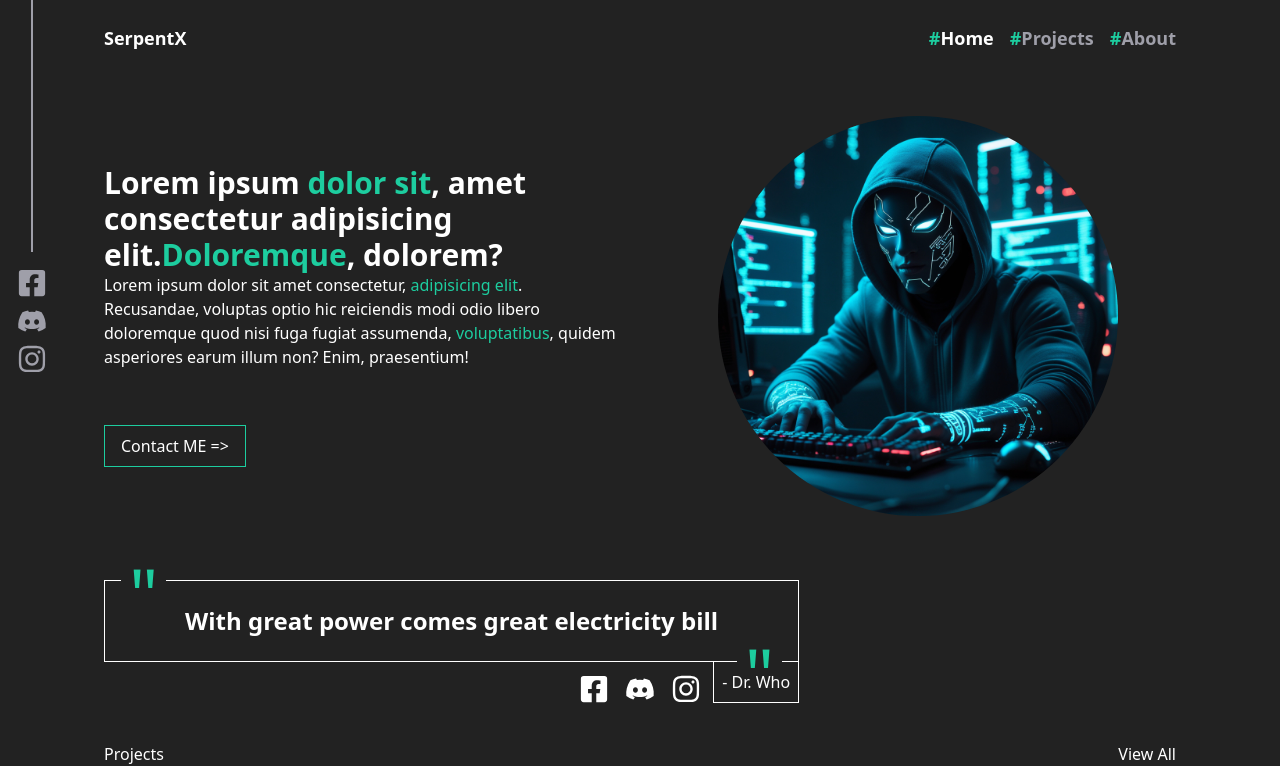
Repository: SERPENTX03/Portfolio-Tutorial
Page: /
An editor plug-in stored every save of this project. The page is shown before and after the next save, followed by the edit.
The browser window is 1280 px wide. The pictures show the whole page.
The project was rebuilt for these pictures with package versions that can differ from the ones it lists, and the page was loaded fresh each time. The framework's server and built-in components were replaced by stand-ins that run in the browser. Also part of the build but not shown: next.config.ts.

Above is the page before, as saved 2025-04-19 21:06:48.

After the next save:
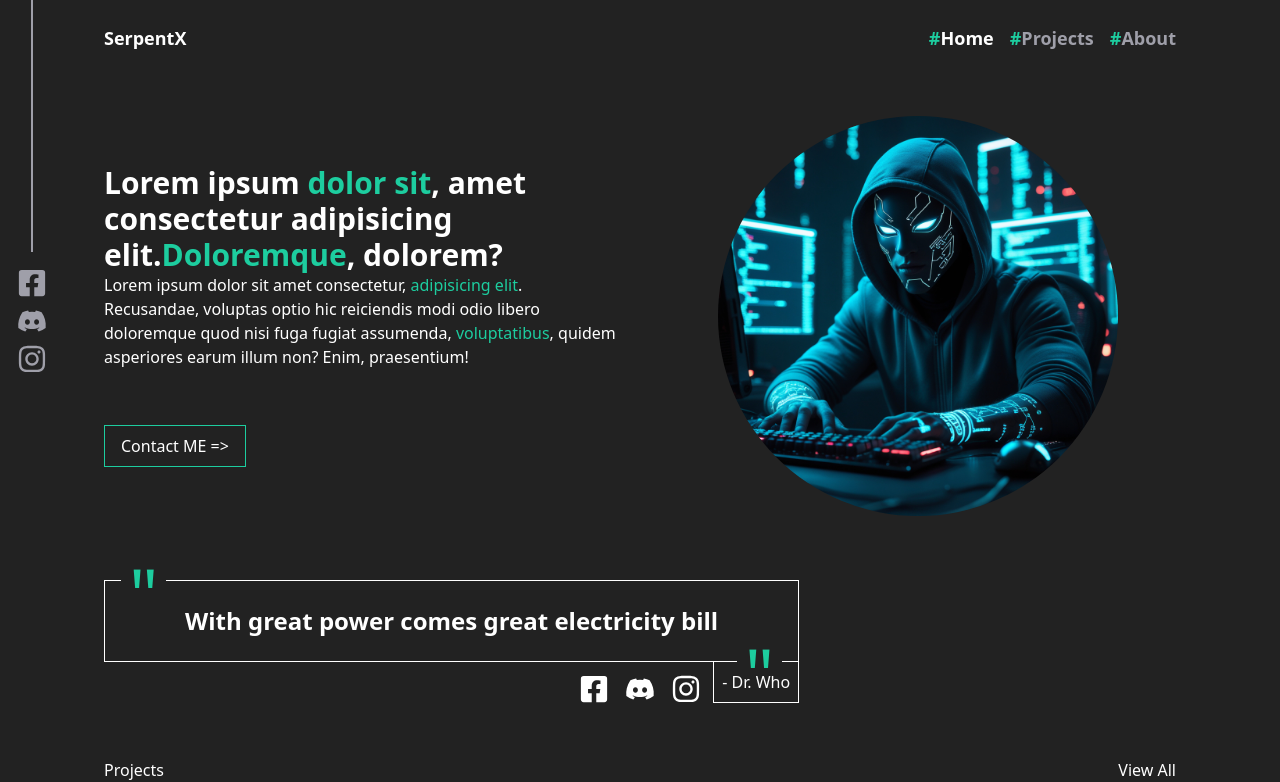
Saved 6 s later.
--- a/components/Projects.tsx
+++ b/components/Projects.tsx
@@ -2,7 +2,7 @@ import Link from "next/link";
 
 const Projects = () => {
   return (
-    <section className="mt-20">
+    <section className="mt-24">
       <div className="flex justify-between items-center">
         <h2>Projects</h2>
         <Link href="/projects">View All</Link>
